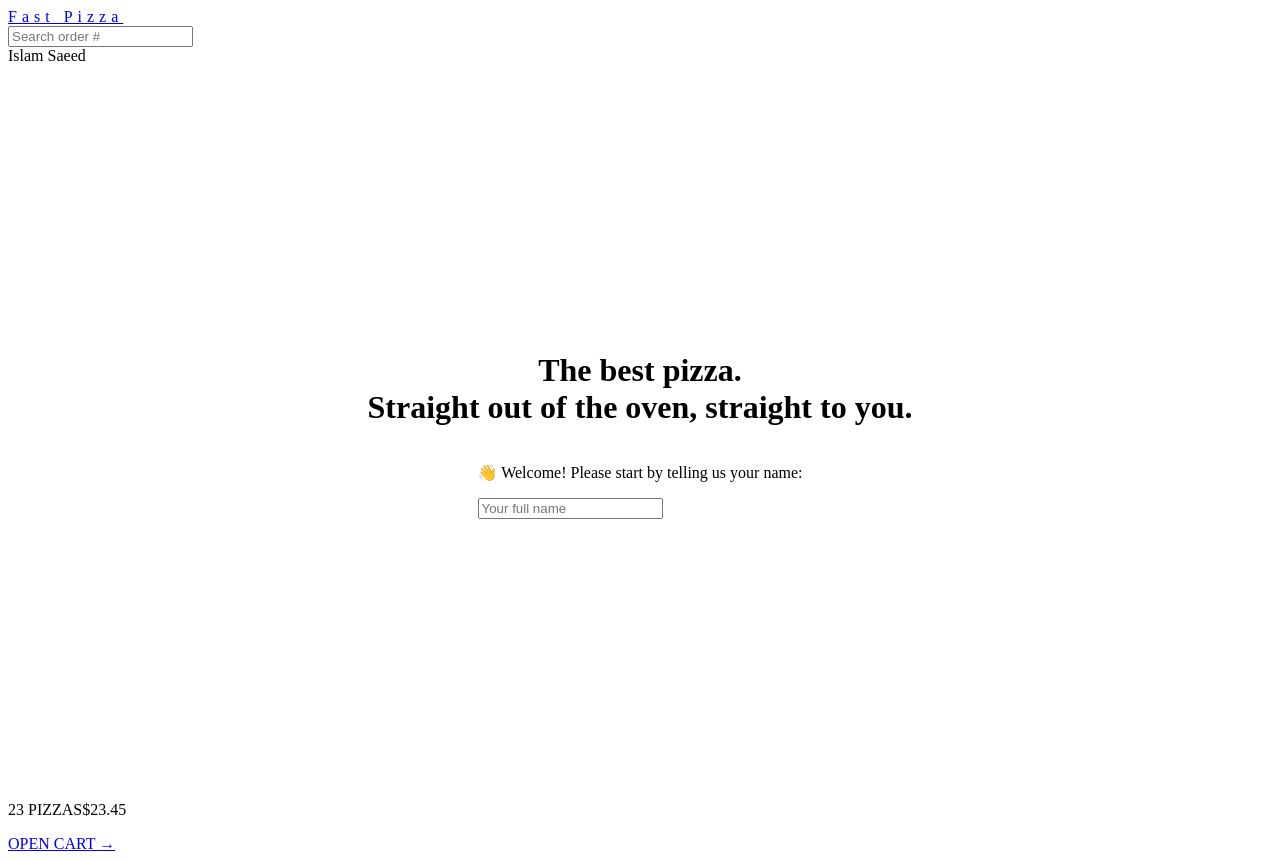
Repository: islamsaeedDev/ecommerce-cash-on-deliver-pizza-store
Page: /
The author's editor kept a copy of each file at every save. The page is drawn from the files as they stood at one save, then again after the next save.
The browser window is 1280 px wide. The pictures show the whole page.
The project was rebuilt for these pictures with package versions that can differ from the ones it lists, and the page was loaded fresh each time. Also part of the build but not shown: vite.config.js, src/ui/Error.jsx, src/services/apiRestaurant.js, src/utils/helpers.js, src/features/menu/MenuItem.jsx, src/features/menu/Menu.jsx, src/features/cart/Cart.jsx, src/features/order/Order.jsx and 1 more. Imported but missing from the stored project, and not drawn on this page: src/features/order/CreateOrder.

Above is the page before, as saved 2025-10-22 08:15:53.

After the next save:
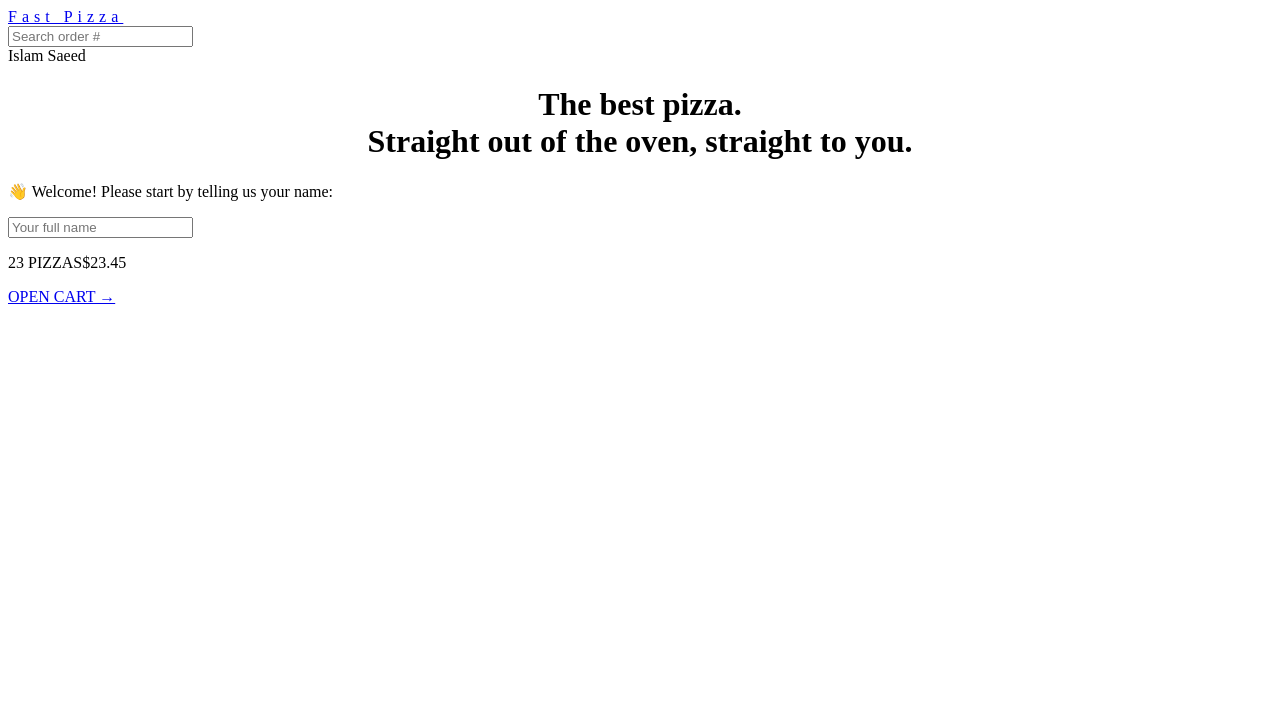
Saved 22 s later.
--- a/src/ui/Home.jsx
+++ b/src/ui/Home.jsx
@@ -2,7 +2,7 @@ import CreateUser from '../features/user/CreateUser';
 
 function Home() {
   return (
-    <div className="flex min-h-screen flex-col items-center justify-center bg-gray-100 p-4">
+    <div className="mt-10">
       <h1 className="mb-8 text-center text-3xl font-semibold">
         The best pizza.
         <br />
